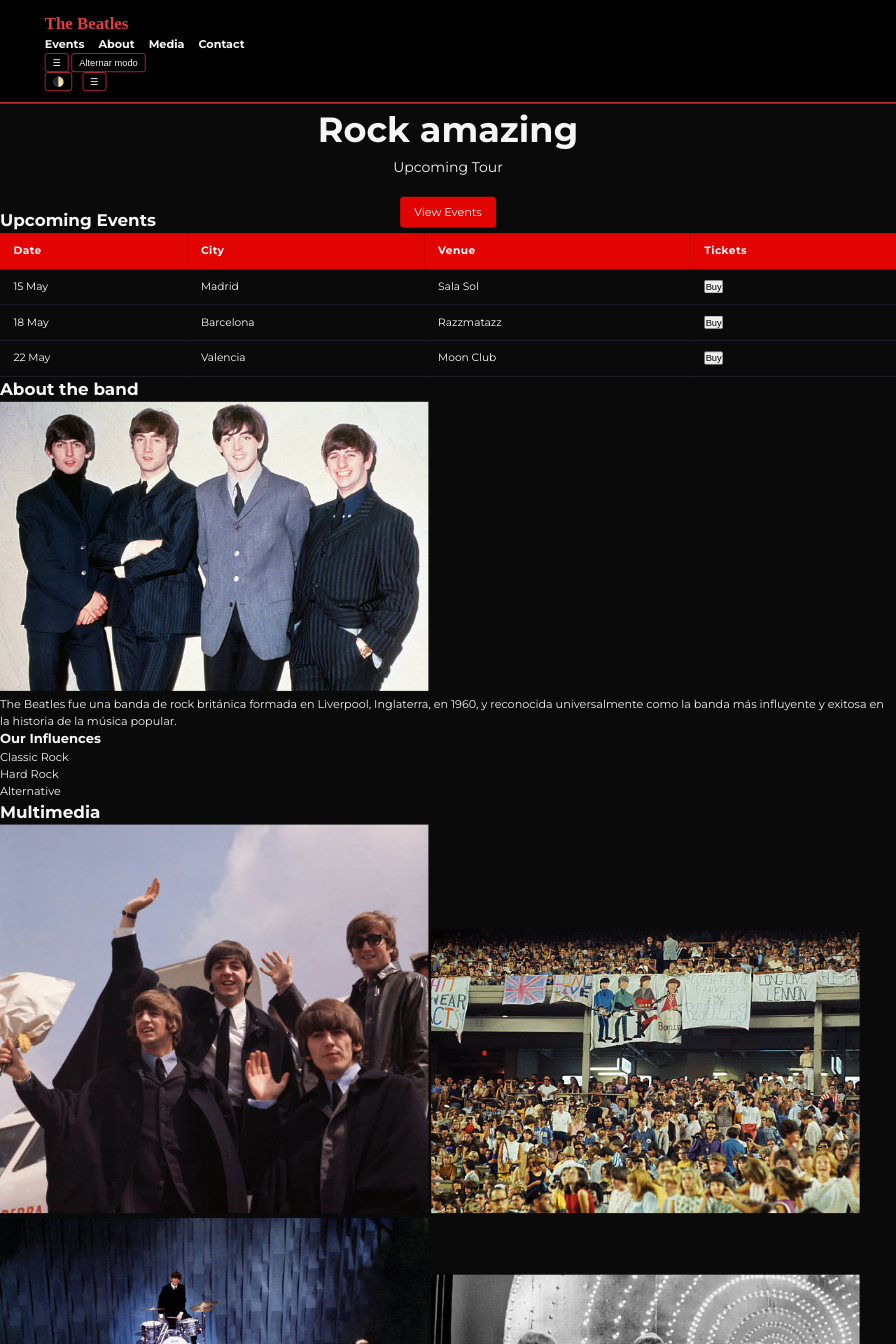
Repository: keiner-dev/Prueba_Desempe-o
Page: index.html
The author's editor kept a copy of each file at every save. The page is drawn from the files as they stood at one save, then again after a run of saves.
The browser window is 1280 px wide. The pictures show the part of the page from y = 0 to 1920 px (the page is 2747 px tall), at 70% of full size.
Some web fonts or font styles are not loaded; a fallback is used.

Above is the page before, as saved 2026-04-27 14:47:07.

### index.html
<!DOCTYPE html>
<html lang="en">
<head>
    <meta charset="UTF-8">
    <meta name="viewport" content="width=device-width, initial-scale=1.0">
    <title>The Beatles</title>
    <link href="https://fonts.googleapis.com/css2?family=Montserrat:wght@400;700;900&family=Rock+Salt&display=swap" rel="stylesheet">
    <link rel="stylesheet" href="styles.css">
    <script src="script.js"></script>
</head>
<body>
    <header class="header">
        <div class="container_header__inner">
            <div class="logo">
                <span class="logo">The Beatles</span>
        </div>
            </div>

            <nav class="nav">
            <nav class="nav" id="main-nav">
                <ul class="nav_list">
                    <li><a href="#events">Events</a></li>
                    <li><a href="#about">About</a></li>
                    <li><a href="#media">Media</a></li>
                    <li><a href="#contact">Contact</a></li>
                </ul>
            </nav>

            <button class="menu-toggle">☰</button>
            <button class="alternarModo">Alternar modo</button>
            <div class="header_actions">
                <button class="alternarModo" aria-label="Toggle Theme">🌓</button>
                <button class="menu-toggle" id="mobile-menu-btn">☰</button>
            </div>
        </div>
    </header>

    <main>
        <!--hero-->
        <section class="hero">
            <div class="hero_overlay">
                <h2>Rock amazing</h2>
                <p>Upcoming Tour</p>
                <a href="#events" class="btn">View Events</a>
            </div>
        </section>

        <section id="events" class="events_container">
            <h2>Upcoming Events</h2>

            <table class="events__table">
                <thead>
                    <tr>
                        <th>Date</th>
                        <th>City</th>
                        <th>Venue</th>
                        <th>Tickets</th>
                    </tr>
                </thead>
                <tbody>
                    <tr>
                        <td>15 May</td>
                        <td>Madrid</td>
                        <td>Sala Sol</td>
                        <td><button>Buy</button></td>
                    </tr>
                    <tr>
                        <td>18 May</td>
                        <td>Barcelona</td>
                        <td>Razzmatazz</td>
                        <td><button>Buy</button></td>
                    </tr>
                    <tr>
                        <td>22 May</td>
                        <td>Valencia</td>
                        <td>Moon Club</td>
                        <td><button>Buy</button></td>
                    </tr>
                </tbody>
            </table>
        </section>

        <!--About-->
        <section id="about" class="about_container">
        <section id="about" class="about_container reveal">
            <h2>About the band</h2>

            <div class="about_content">
                <img src="./assets/img/beatles.jpg" alt="the beatles">

                <article>
                    <p>
                        The Beatles fue una banda de rock británica formada en Liverpool, Inglaterra, en 1960, y reconocida universalmente como la banda más influyente y exitosa en la historia de la música popular.
                    </p>

                    <h3>Our Influences</h3>
                    <ul>
                        <li>Classic Rock</li>
                        <li>Hard Rock</li>
                        <li>Alternative</li>
                    </ul>
                </article>
            </div>
        </section>

        <!--Media-->
        <section id="media" class="media_container">
        <section id="media" class="media_container reveal">
            <h2>Multimedia</h2>

            <div class="media_grid">
                <img src="./assets/img/img-1.jpg" alt="">
                <img src="./assets/img/img-2.jpg" alt="">
                <img src="./assets/img/img-3.jpg" alt="">
                <img src="./assets/img/img-4.jpg" alt="">
                <img src="./assets/img/img-5.jpg" alt="">
                <img src="./assets/img/img-6.jpg" alt="">
            </div>
        </section>
    </main>

    <!--Footer-->
    <footer id="contact" class="footer">
        <div class="container_footer">
            <p>© <span id="year"></span> The Beatles</p>

            <ul class="social">
                <li><a href="#">Instagram</a></li>
                <li><a href="#">Youtube</a></li>
                <li><a href="#">Spotify</a></li>
            </ul>
        </div>
    </footer>
    <script src="script.js"></script>
</body>
</html>

### styles.css
/* General Variables */
:root {
    --primary-color: #e63946;
    --bg-dark: #0a0a0a;
    --bg-light: #1a1a1a;
    --text-light: #f5f5f5;
    --accent-color: #e20303;
}

* {
    margin: 0;
    padding: 0;
    box-sizing: border-box;
}

body {
    font-family: 'Montserrat', sans-serif;
    background-color: var(--bg-dark);
    color: var(--text-light);
    line-height: 1.5;
    overflow-x: hidden;
    transition: var(--transition);
}

/* Header & Nav */
.header {
    background-color: #000;
    padding: 1rem 5%;
    position: sticky;
    top: 0;
    z-index: 1000;
    border-bottom: 2px solid var(--primary-color);
}

.container_header__inner {
    display: flex;
    justify-content: space-between;
    align-items: center;
}

.logo {
    font-family: 'Rock Salt', cursive;
    font-size: 1.5rem;
    font-weight: bold;
    color: var(--primary-color);
}

.header_actions {
    display: flex;
    gap: 15px;
    align-items: center;
}

.alternarModo, .menu-toggle {
    background: none;
    border: 1px solid var(--primary-color);
    color: var(--text-light);
    padding: 5px 10px;
    cursor: pointer;
    border-radius: 4px;
}

.nav_list {
    display: flex;
    list-style: none;
    gap: 20px;
}

.nav_list a {
    text-decoration: none;
    color: var(--text-light);
    font-weight: 600;
    transition: var(--transition);
}

.nav_list a:hover {
    color: var(--accent-color);
}

.hero_overlay h2{
    font-size: 50px;
    font-weight: 30px;
    text-align: center;
}

.hero_overlay p {
    font-size: 20px;
    text-align: center;
}

.hero_overlay a {
    text-align: center;
    background-color: #e20303;
    color: #fff;
    padding: 10px 20px;
    border-radius: 5px;
    text-decoration: none;
    display: inline-block;
    transition: var(--transition);
}

section .btn {
    position: relative;
    top: 50px;
    left: 50%;
    transform: translate(-50%, -50%);
    color: white;
    text-align: center;
}

.events__table {
    width: 100%;
    border-collapse: collapse;
    font-size: 0.95rem;
    min-width: 550px;

}

.events__table thead{
    border-radius: 23px;
    background-color: #e20303;
    color: white;
    text-align: left;
}

.events__table th {
    padding: 0.9rem 1.2rem;
    text-align: left;
    font-weight: 700;
    letter-spacing: 0.04rem;
}

.events__table td {
    padding: 0.85rem 1.2rem;
    border-bottom: 1px solid #2e2545;
    color: white;
    transition: 0.3s ease;
}

.events__table tbody tr:hover td {
    color: white;
    background-color: #e20303
}

### script.js
document.addEventListener('DOMContentLoaded', () => {
    // 1. Dynamic Year
    const yearSpan = document.getElementById('year');
    if (yearSpan) yearSpan.textContent = new Date().getFullYear();

    // 2. Mobile Menu Toggle
    const menuBtn = document.getElementById('mobile-menu-btn');
    const nav = document.getElementById('main-nav');

    menuBtn.addEventListener('click', () => {
        nav.classList.toggle('active');
        menuBtn.textContent = nav.classList.contains('active') ? '✕' : '☰';
    });

    // 3. Dark/Light Mode Toggle
    const modeBtn = document.querySelector('.alternarModo');
    modeBtn.addEventListener('click', () => {
        document.body.classList.toggle('light-mode');
    });

    // 4. Scroll Reveal Animation
    const reveals = document.querySelectorAll('.reveal');
    const revealOnScroll = () => {
        reveals.forEach(el => {
            const windowHeight = window.innerHeight;
            const elementTop = el.getBoundingClientRect().top;
            const elementVisible = 150;
            if (elementTop < windowHeight - elementVisible) {
                el.classList.add('active');
            }
        });
    };
    window.addEventListener('scroll', revealOnScroll);
    revealOnScroll(); // Initial check

    // 5. Buy buttons interaction
    const buyButtons = document.querySelectorAll('.events__table button');
    buyButtons.forEach(btn => btn.addEventListener('click', () => alert('Redirecting to ticket office...')));
});

After the next 2 saves:
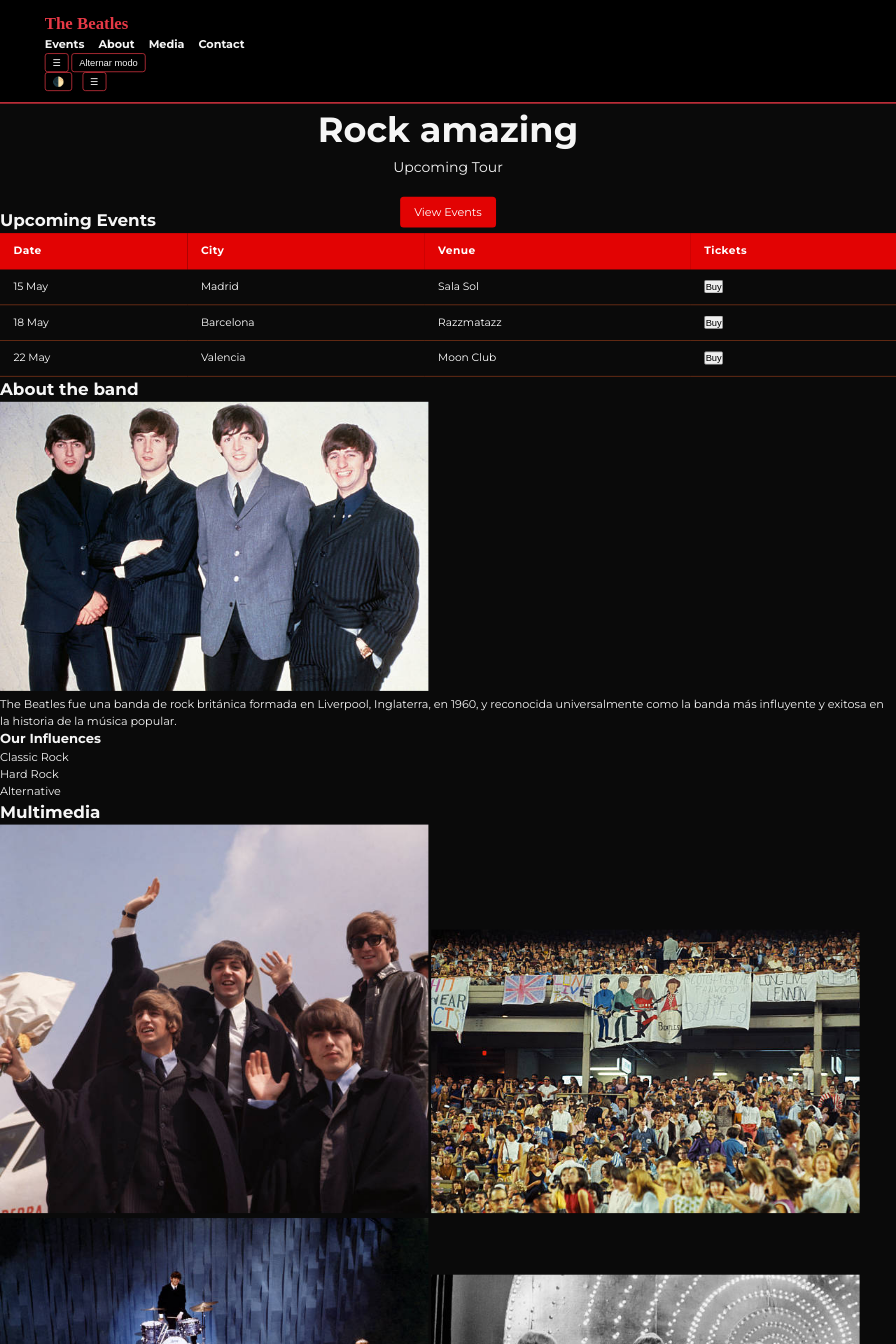
The 2 saves are shown as one change because they came seconds apart.
The last was saved 43 s later.
--- a/styles.css
+++ b/styles.css
@@ -132,7 +132,7 @@
 
 .events__table td {
     padding: 0.85rem 1.2rem;
-    border-bottom: 1px solid #2e2545;
+    border-bottom: 1px solid #863718;
     color: white;
     transition: 0.3s ease;
 }
